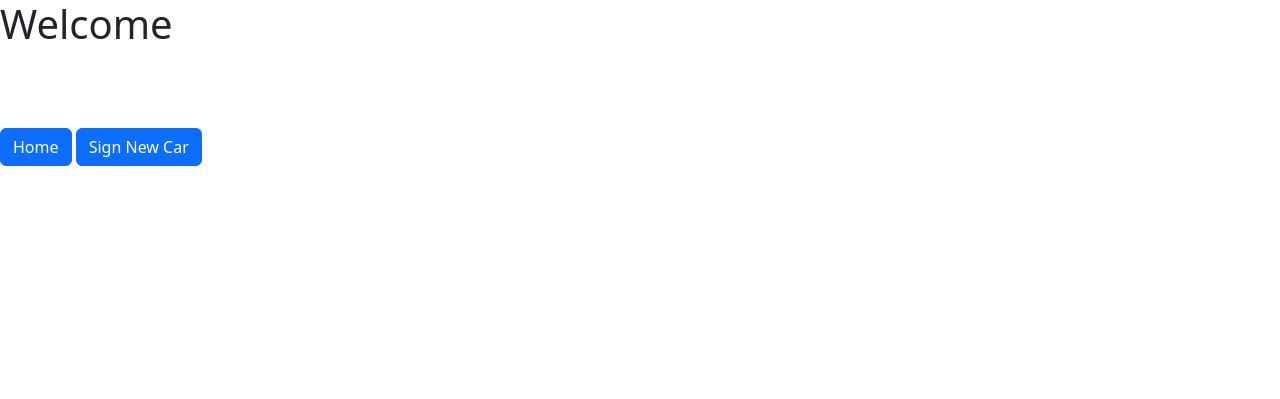
Repository: Ahmad-hamdan98/Java_Project
Page: http://localhost/javaproject/WIB-INF/ShowAll.jsp
These files come from the project's save history. The page is drawn as it stood at one moment and after the next save; the edit follows.
The browser window is 1280 px wide. The pictures show the whole page.
The page is served by Tomcat 9. Other server files are loaded and not shown.

Above is the page before, as saved 2022-11-19 15:07:34.

### atfirst/javaproject/src/main/webapp/WIB-INF/ShowAll.jsp
<%@ page language="java" contentType="text/html; charset=UTF-8" pageEncoding="UTF-8"%>
<!-- c:out ; c:forEach etc. -->
<%@taglib uri="http://java.sun.com/jsp/jstl/core" prefix="c"%>
<!-- Formatting (dates) -->
<%@taglib uri="http://java.sun.com/jsp/jstl/fmt" prefix="fmt"%>
<!-- form:form -->
<%@ taglib prefix="form" uri="http://www.springframework.org/tags/form"%>
<!-- for rendering errors on PUT routes -->
<%@ page isErrorPage="true" %>
<!DOCTYPE html>
<html>
<head>
<meta charset="ISO-8859-1">
<title>Insert title here</title>
 <link href="https://cdn.jsdelivr.net/npm/bootstrap@5.2.2/dist/css/bootstrap.min.css" rel="stylesheet" integrity="sha384-Zenh87qX5JnK2Jl0vWa8Ck2rdkQ2Bzep5IDxbcnCeuOxjzrPF/et3URy9Bv1WTRi" crossorigin="anonymous">

</head>
<body>

<h1>Welcome ${user.userName}</h1>
<br>
<br>
<br>
<a herf="/" class="btn btn-primary">Home</a>
<a herf="/" class="btn btn-primary">Sign New Car</a>

</body>
</html>

After the next save:
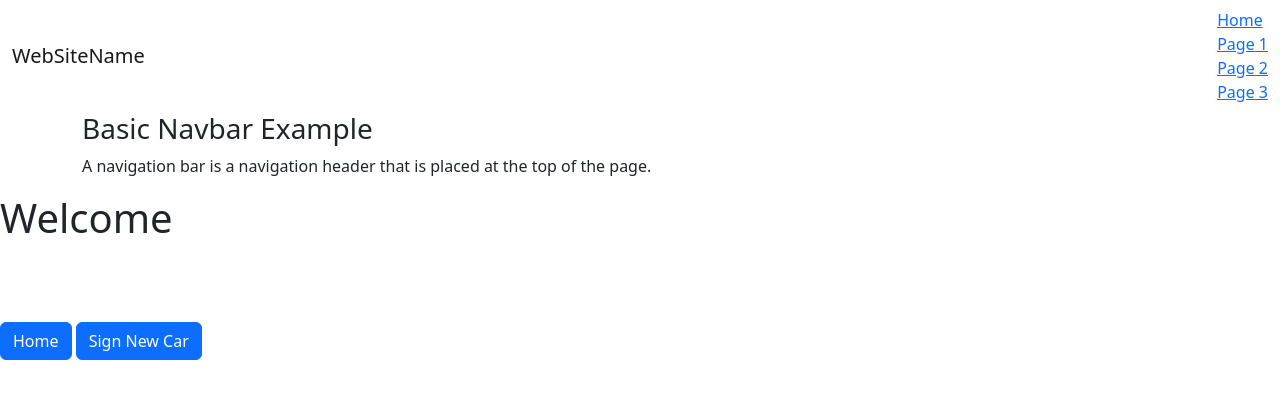
Saved 2 min 57 s later.
--- a/atfirst/javaproject/src/main/webapp/WIB-INF/ShowAll.jsp
+++ b/atfirst/javaproject/src/main/webapp/WIB-INF/ShowAll.jsp
@@ -16,7 +16,26 @@
 
 </head>
 <body>
+<nav class="navbar navbar-default">
+  <div class="container-fluid">
+    <div class="navbar-header">
+      <a class="navbar-brand" href="#">WebSiteName</a>
+    </div>
+    <ul class="nav navbar-nav">
+      <li class="active"><a href="#">Home</a></li>
+      <li><a href="#">Page 1</a></li>
+      <li><a href="#">Page 2</a></li>
+      <li><a href="#">Page 3</a></li>
+    </ul>
+  </div>
+</nav>
 
+<div class="container">
+  <h3>Basic Navbar Example</h3>
+  <p>A navigation bar is a navigation header that is placed at the top of the page.</p>
+</div>
+<script src="https://ajax.googleapis.com/ajax/libs/jquery/1.12.0/jquery.min.js"></script>
+<script src="https://maxcdn.bootstrapcdn.com/bootstrap/3.3.6/js/bootstrap.min.js"></script>
 <h1>Welcome ${user.userName}</h1>
 <br>
 <br>
